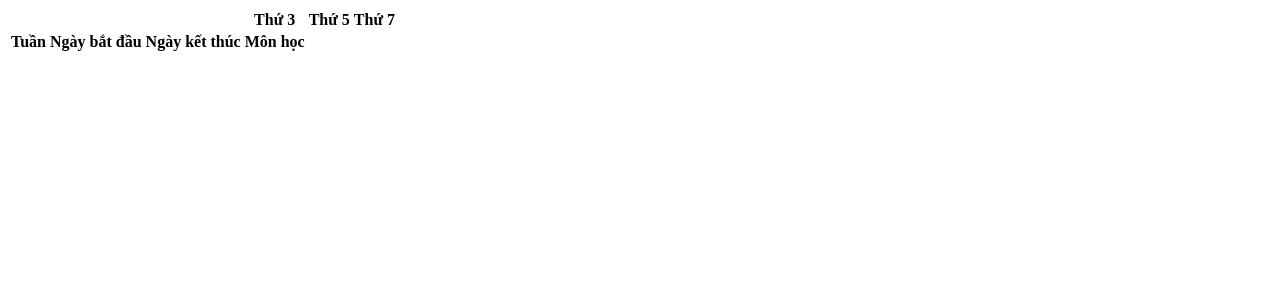
Repository: Lehuyhuynh/BT1-HTML
Page: index.html
These files come from the project's save history. The page is drawn as it stood at one moment and after the next save; the edit follows.
The browser window is 1280 px wide. The pictures show the whole page.

Above is the page before, as saved 2023-08-06 21:05:09.

After the next save:
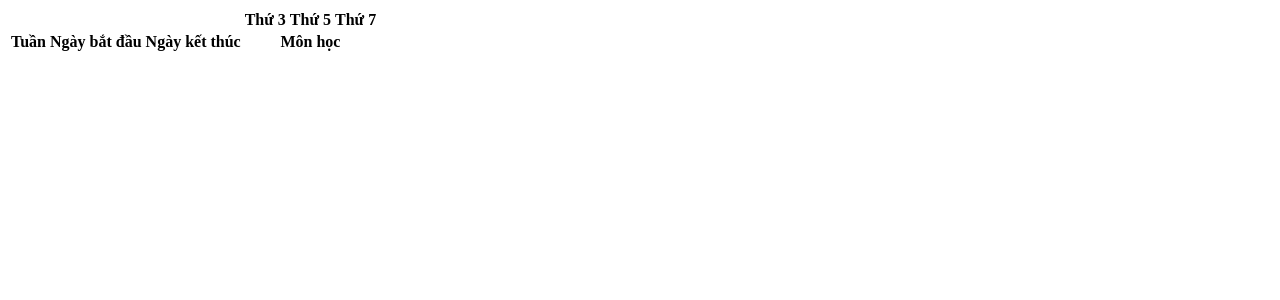
Saved 4 s later.
--- a/index.html
+++ b/index.html
@@ -20,7 +20,7 @@
         <th>Tuần</th>
         <th>Ngày bắt đầu</th>
         <th>Ngày kết thúc</th>
-        <th colspan="">Môn học</th>
+        <th colspan="3">Môn học</th>
       </tr>
 
     </table>
